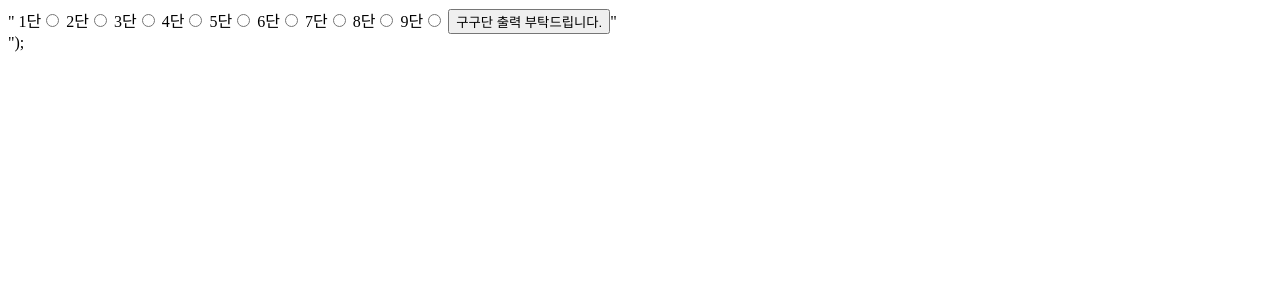
Repository: nimxxs/jsp
Page: http://localhost/jsp01/gugudanFormRadio.jsp
An editor plug-in stored every save of this project. The page is shown before and after the next save, followed by the edit.
The browser window is 1280 px wide. The pictures show the whole page.
The page is served by Tomcat 9.

Above is the page before, as saved 2023-06-02 07:38:14.

After the next save:
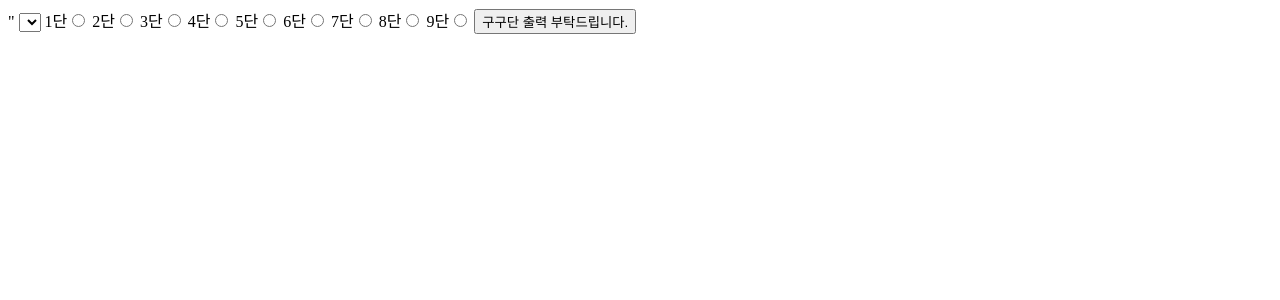
Saved 9 s later.
--- a/jsp01/src/main/webapp/gugudanFormRadio.jsp
+++ b/jsp01/src/main/webapp/gugudanFormRadio.jsp
@@ -11,6 +11,12 @@
 </head>
 <body>
 	<form action='GugudanResult.jsp'>"
+	<select name='dan'>
+	<%
+
+	%>
+	</select>
+
 	<label><span>1단</span><input type='radio' name='dan' value='1'></label>
 	<label><span>2단</span><input type='radio' name='dan' value='2'></label>
 	<label><span>3단</span><input type='radio' name='dan' value='3'></label>
@@ -20,7 +26,7 @@
 	<label><span>7단</span><input type='radio' name='dan' value='7'></label>
 	<label><span>8단</span><input type='radio' name='dan' value='8'></label>
 	<label><span>9단</span><input type='radio' name='dan' value='9'></label>
-	<button>구구단 출력 부탁드립니다.</button>"
-	</form>");
+	<button>구구단 출력 부탁드립니다.</button>
+	</form>
 </body>
 </html>
